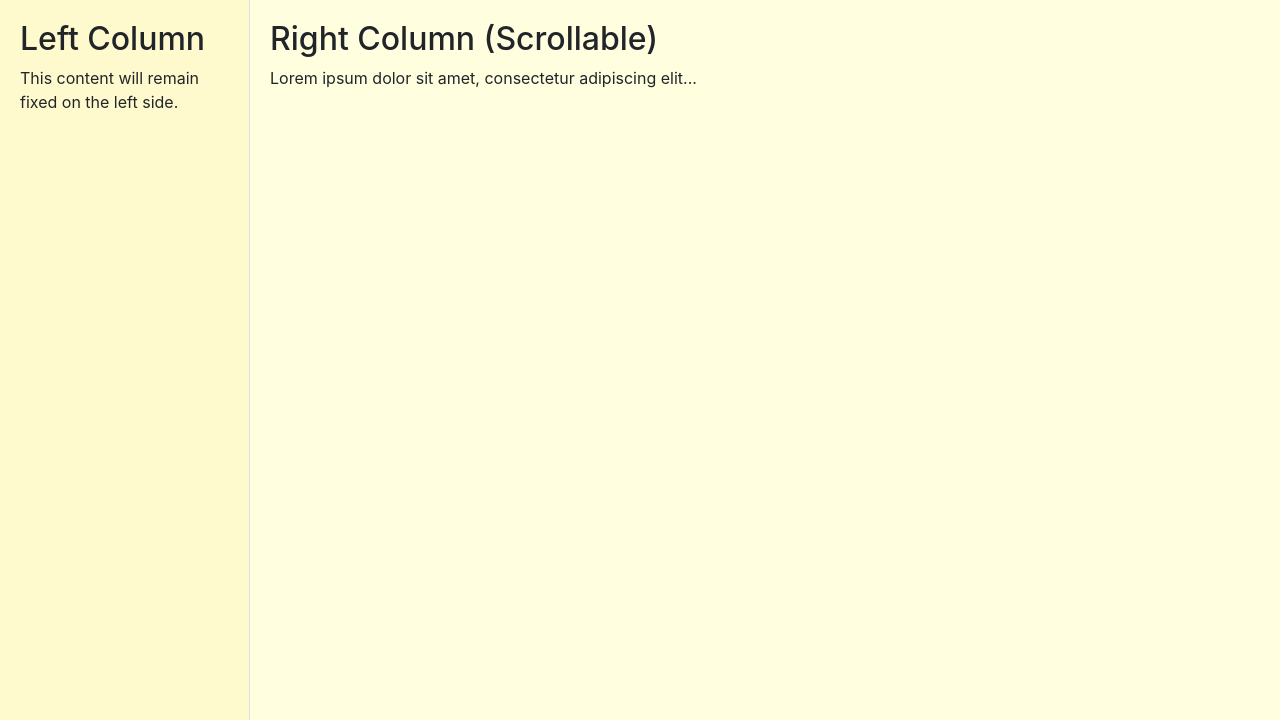
Repository: oliviahsia/FinalProject
Page: src/main/webapp/WEB-INF/main.html
The author's editor kept a copy of each file at every save. The page is drawn from the files as they stood at one save, then again after the next save.
The browser window is 1280 px wide. The pictures show the whole page.
Some web libraries are served in a nearby version.

Above is the page before, as saved 2024-03-04 14:47:54.

After the next save:
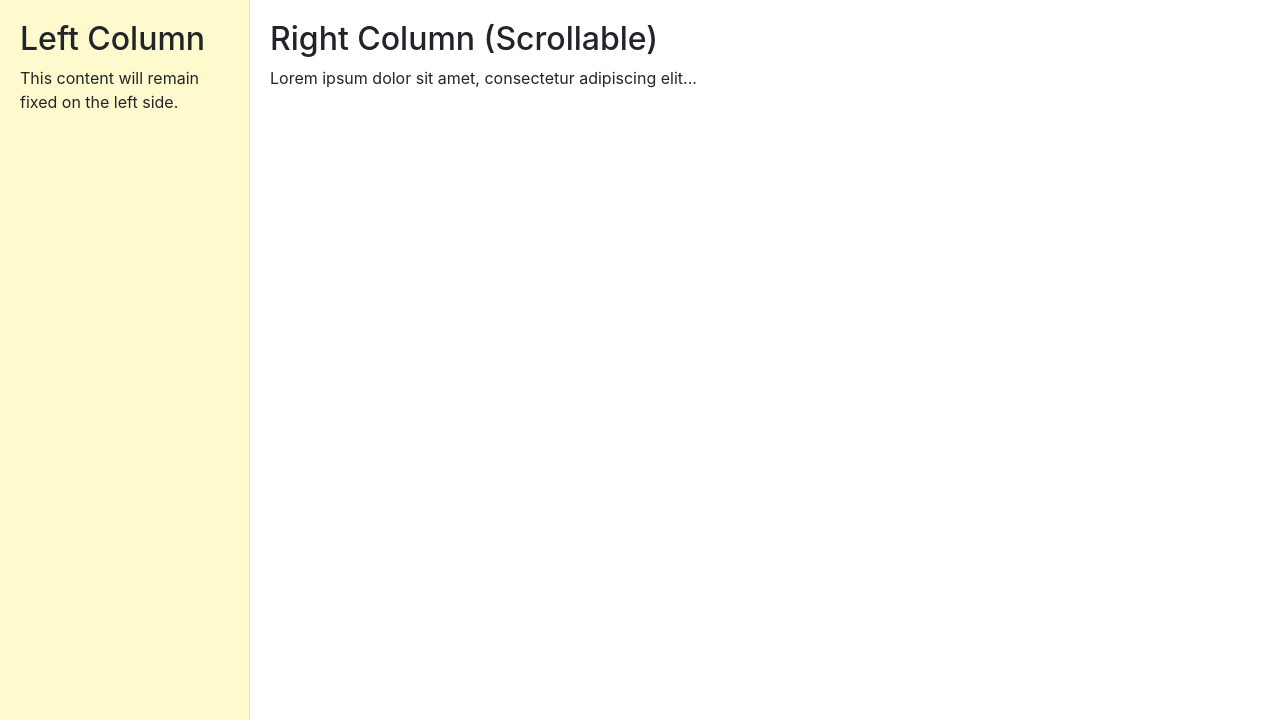
Saved 29 min 50 s later.
--- a/src/main/webapp/WEB-INF/main.html
+++ b/src/main/webapp/WEB-INF/main.html
@@ -40,8 +40,8 @@
       height: 100%;
       overflow-y: auto;
       /* Enable vertical scrollbar if content overflows */
-      background-color: #FFFFE0;
-      /* Light yellow for the right column */
+      background-color: #FFFFFF;
+      /* White for the right column */
     }
   </style>
 </head>
@@ -52,7 +52,6 @@
     <h2>Left Column</h2>
     <p>This content will remain fixed on the left side.</p>
   </div>
-
   <div class="scrollable-right">
     <!-- Content in right column -->
     <h2>Right Column (Scrollable)</h2>
